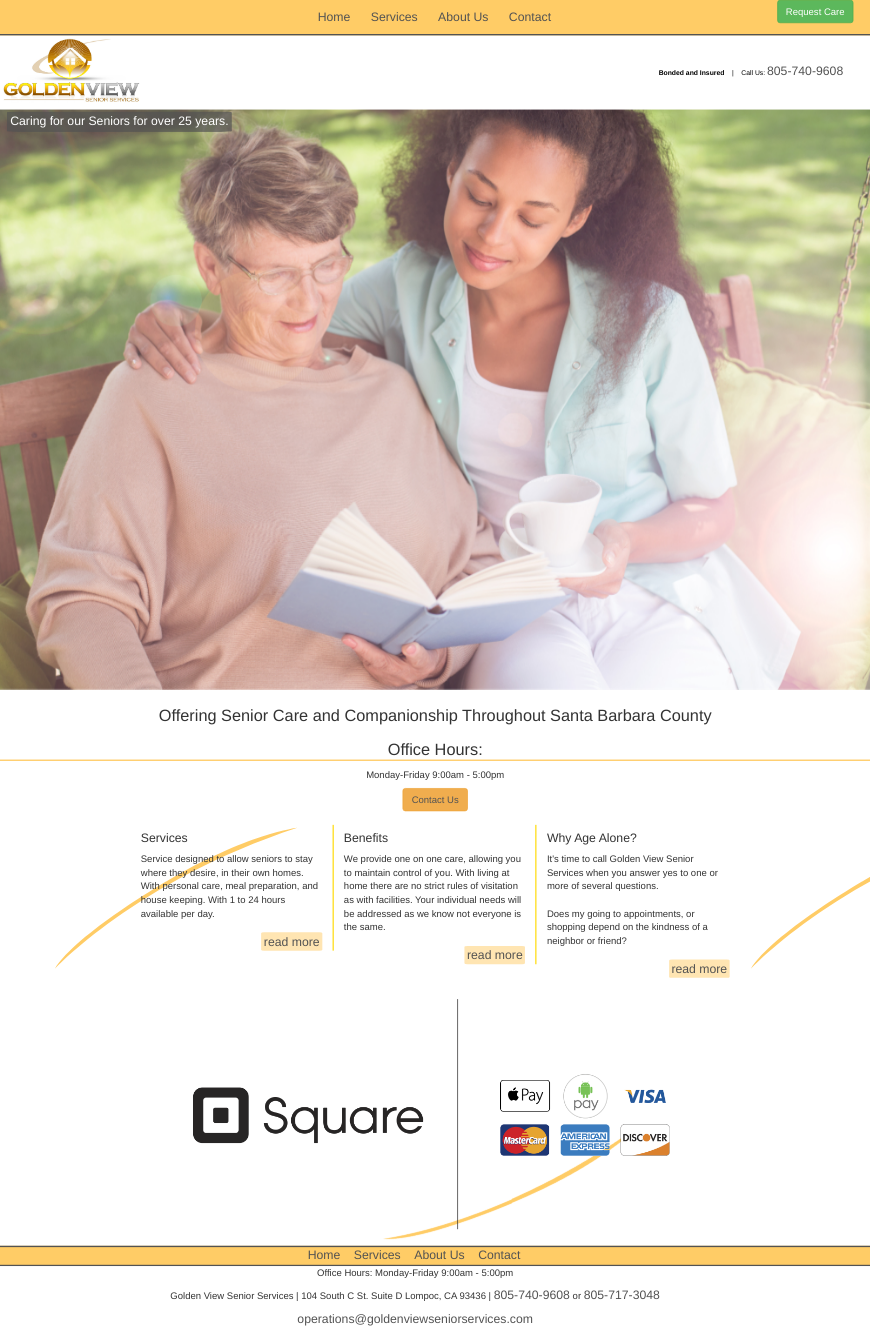
Repository: alprusa/GoldenViewWebsiteMockup
Page: GoldenViewWebsite/index.html
An editor plug-in stored every save of this project. The page is shown before and after the next save, followed by the edit.
The browser window is 1280 px wide. The pictures show the whole page, at 68% of full size.

Above is the page before, as saved 2017-09-17 07:08:29.

After the next save:
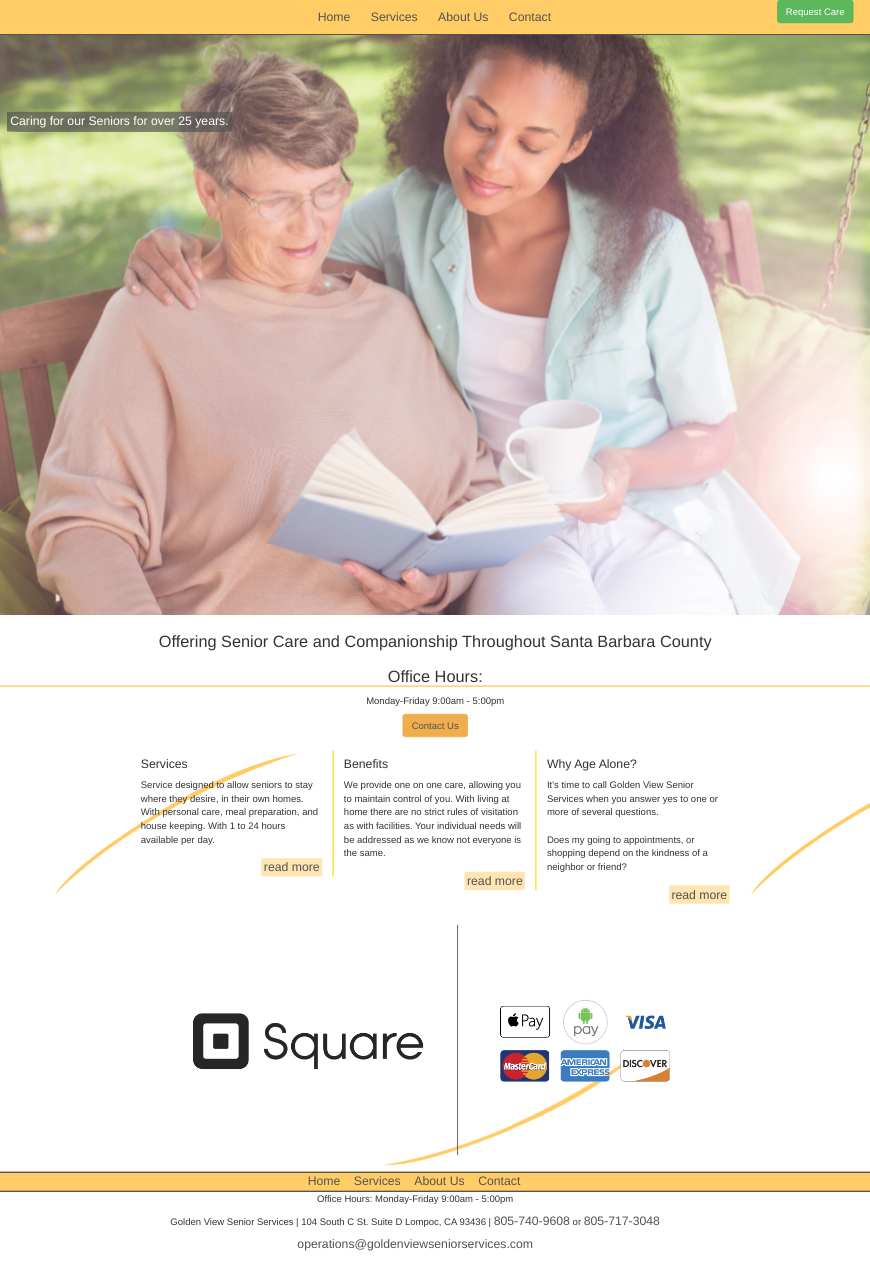
Saved 7 s later.
--- a/GoldenViewWebsite/index.html
+++ b/GoldenViewWebsite/index.html
@@ -155,12 +155,8 @@
                 </div>
              </nav>
 
-             <div id="staticBanner"  style="border: none !important;">
-	            <p id="logoP"><a href="./">
-	            	<img src="img/goldenViewLogo.jpg" class="img-responsive" id="logo"/>
-	            </a></p>
-	            <p id="topInfo"><b>Bonded and Insured</b> &nbsp;&nbsp; | &nbsp;&nbsp; Call Us: <a href="tel:805-740-9608" value="+18057409608">805-740-9608</a></p>
-            </div>
+
+
 
              <h4 id="caringTextOverlay" style="clear:both;">Caring for our Seniors for over 25 years.</h4>
              <div id="carousel" class="carousel slide carousel-fade" data-ride="carousel">
